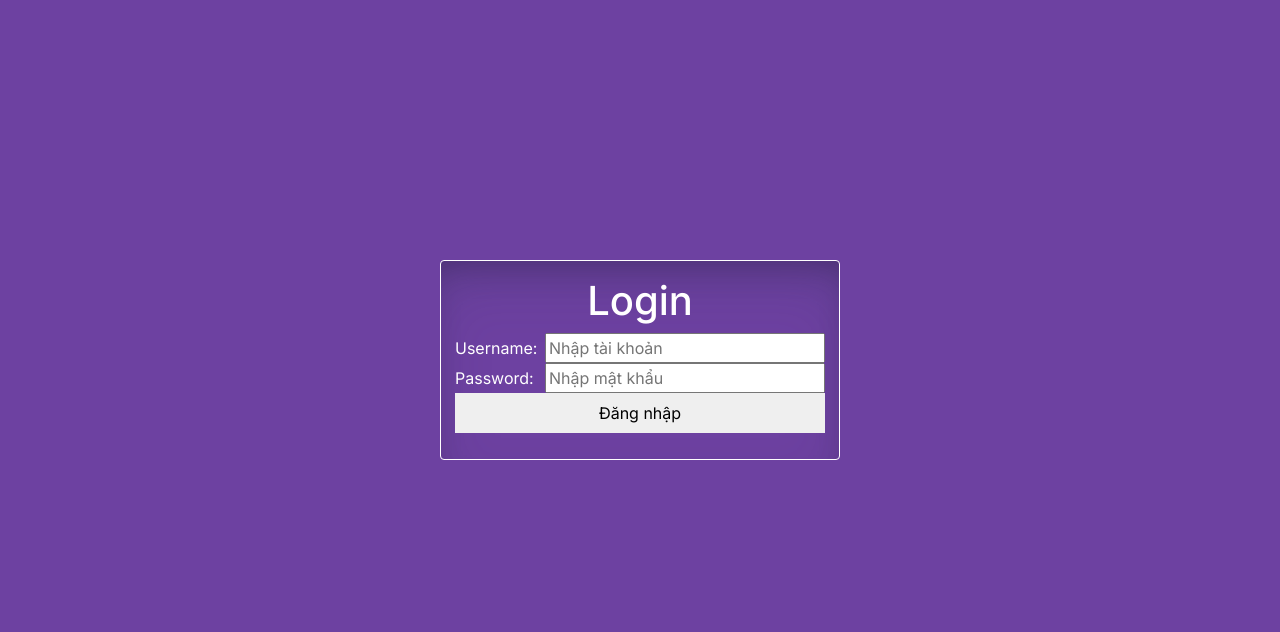
Repository: nghiakma/RFID-RFID-Attendance-System-using-ESP32-Nodejs-Reactjs-Nextjs-
Page: / (app in attendance/)
An editor plug-in stored every save of this project. The page is shown before and after the next save, followed by the edit.
The browser window is 1280 px wide. The pictures show the whole page.
The page's requests for data from a server got no answer. The project was rebuilt for these pictures with package versions that can differ from the ones it lists, and the page was loaded fresh each time. The framework's server and built-in components were replaced by stand-ins that run in the browser. No one was signed in, and anything a server would have sent is missing. Also part of the build but not shown: attendance/next.config.js, attendance/src/styles/home-page.module.css, attendance/src/styles/tab-home.module.css, attendance/src/pages/api/convert-time.js, attendance/src/pages/api/networking.js, attendance/src/pages/tab-home.js, attendance/src/styles/tab-history.module.css, attendance/src/pages/tab-history.js and 6 more.

Above is the page before, as saved 2023-12-21 15:06:28.

After the next save:
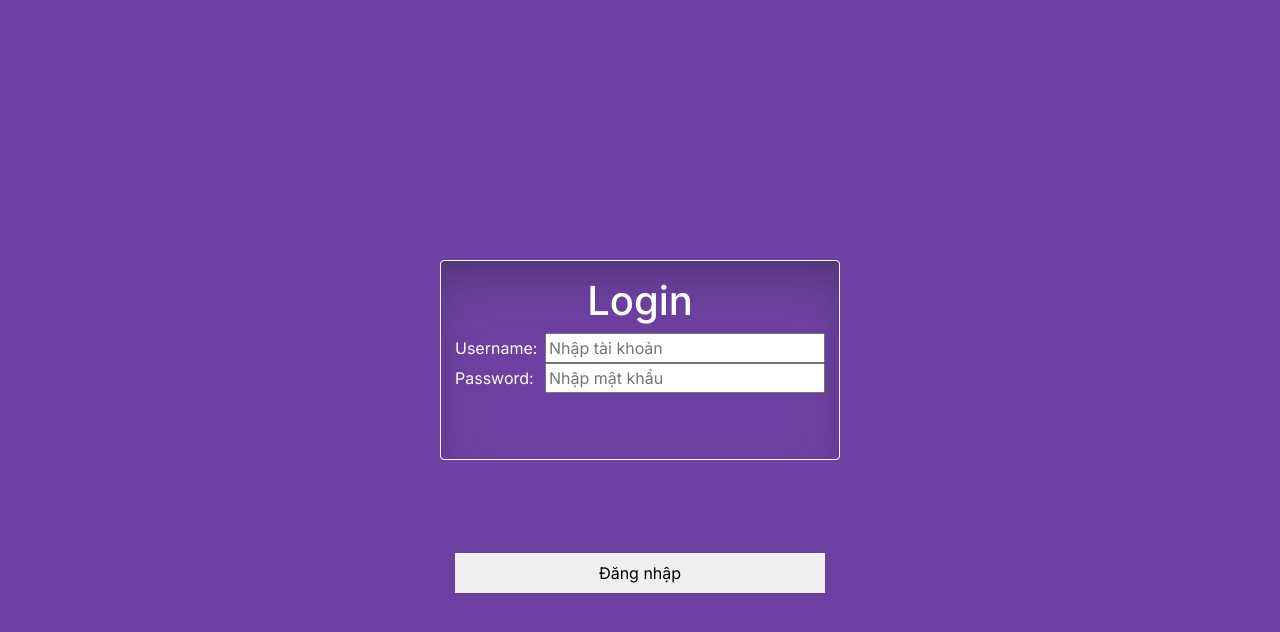
Saved 68 s later.
--- a/attendance/src/pages/login-page.js
+++ b/attendance/src/pages/login-page.js
@@ -25,7 +25,8 @@ const Login = () => {
                         }}
                     >Login</h1>
                     <div style={{
-                        color: 'white', display: 'flex', flexDirection: 'column'
+                        color: 'white', display: 'flex', flexDirection: 'column',
+
                     }}>
                         <div style={{
                             display: 'flex', alignItems: 'center'
@@ -39,7 +40,7 @@ const Login = () => {
                             <label style={{width: '90px'}}>Password: </label>
                             <input style={{flex: '1' }} type="password" className="form-input" placeholder="Nhập mật khẩu"/>
                         </div>
-                        <div style={{display: 'flex', flex: '1'}}>
+                        <div style={{display: 'flex', height: '200px'}}>
                             <button style={{width: '100%', border: 'none', padding: '8px 10px', marginTop: 'auto'}}>
                                 Đăng nhập
                             </button>
